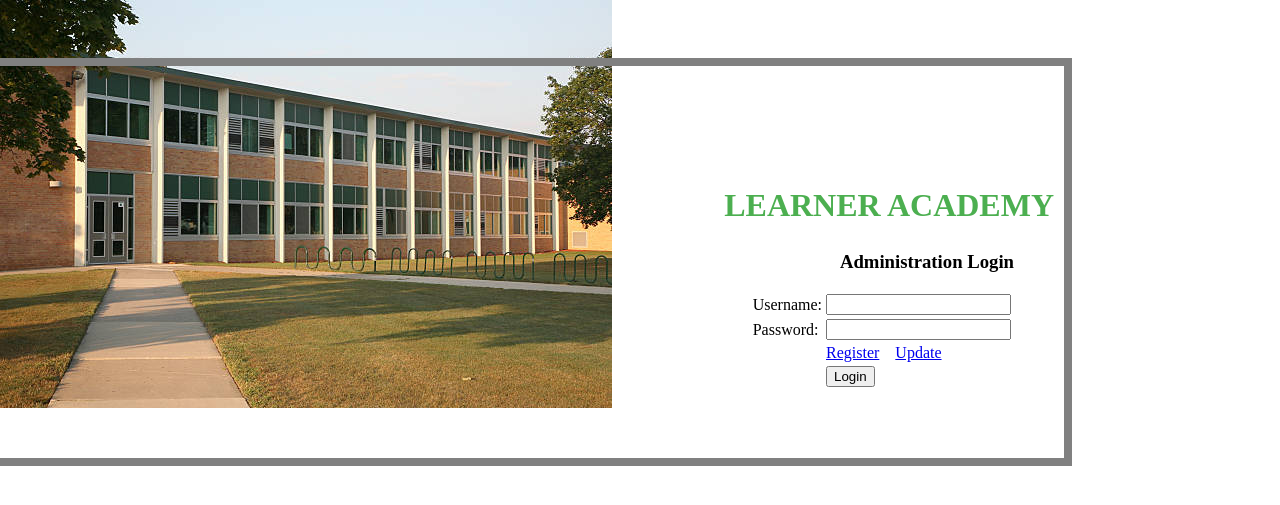
Repository: priyankagit8692/Phase_2_SimpliLearn-
Page: http://localhost/LearnerAcademyProject/AdminLogin.jsp
These files come from the project's save history. The page is drawn as it stood at one moment and after the next save; the edit follows.
The browser window is 1280 px wide. The pictures show the whole page.
The page is served by Tomcat 9. Other server files are loaded and not shown.

Above is the page before, as saved 2021-03-20 15:06:28.

### FinalProjectPhase2/LearnerAcademyProject/WebContent/AdminLogin.jsp
<%@ page language="java" contentType="text/html; charset=ISO-8859-1"
    pageEncoding="ISO-8859-1"%>
<!DOCTYPE html>
<html>
<head>
<meta charset="ISO-8859-1">
<title>Insert title here</title>
</head>
<style>
body {
  background-image: url("images/academy.jpg");
  background-repeat: no-repeat;
  max-width: 200%;
  height: auto;
}
div {
  border: 8px solid gray;
  padding: 50px;
  transform: translate(-200px,50px);
}
h1{
  transform: translate(40px,50px);
  color: #4CAF50;
}
</style>
<body>
  <div align='right'>
  <h1>LEARNER  ACADEMY</h1> <br><br>
  <h3>Administration Login</h3>
  <form action="adminLogin" method="post" cellpadding="5" cellspacing="5">
    <table>
        <tr>
            <td>Username:</td>
            <td><input type="text" name="uname"></td>
        </tr>
        <tr>
            <td>Password:</td>
            <td><input type="password" name="password"></td>
        </tr>
        <tr>
            <td></td>
            <td><a href="AdminRegistration.jsp">Register</a>&nbsp&nbsp&nbsp&nbsp<a href="AdminUpdate.jsp">Update</a></td>
        </tr>
        <tr>
            <td></td>
            <td>
                <button type="submit">Login</button>
            </td>
        </tr>
    </table>
    <br>
    <c:if test="${not empty msg}">
        <c:out value="${msg}"/>
    </c:if>


</form>
  </div>
</body>
</html>

After the next save:
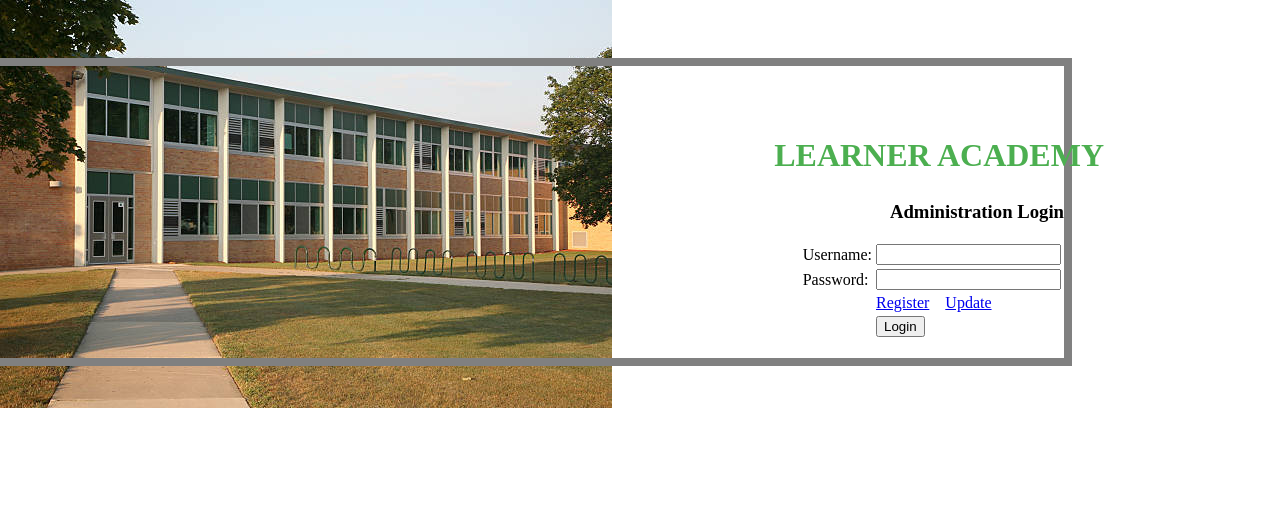
Saved 10 s later.
--- a/FinalProjectPhase2/LearnerAcademyProject/WebContent/AdminLogin.jsp
+++ b/FinalProjectPhase2/LearnerAcademyProject/WebContent/AdminLogin.jsp
@@ -15,7 +15,7 @@ body {
 }
 div {
   border: 8px solid gray;
-  padding: 50px;
+  padding: 0px;
   transform: translate(-200px,50px);
 }
 h1{
